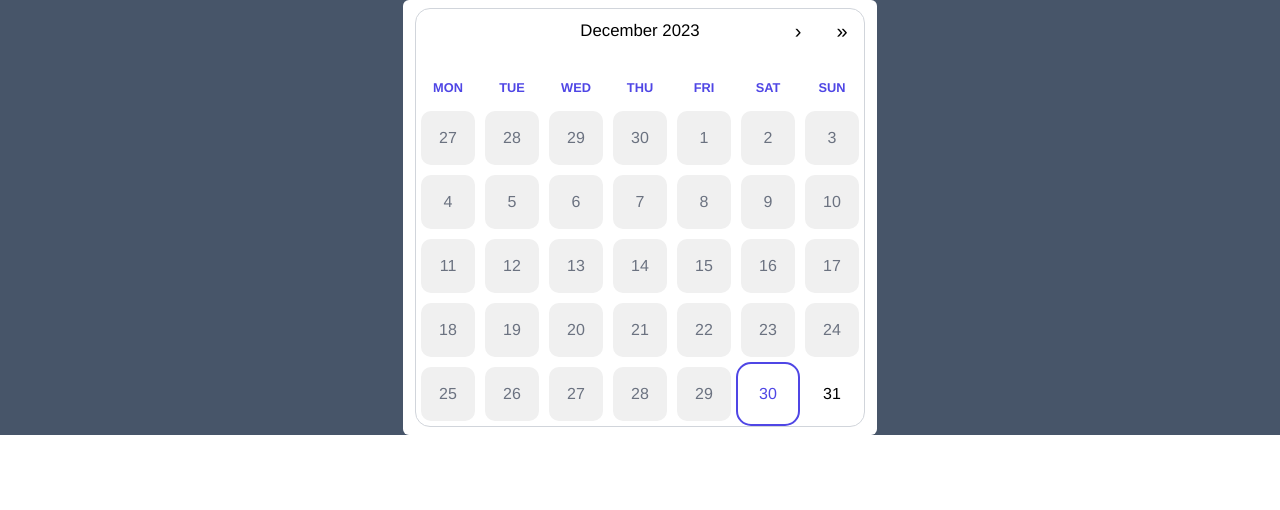
Repository: ImedBousakhria/appointment_system_prototype
Page: /, after clicking the first element matching `h2`
These files come from the project's save history. The page is drawn as it stood at one moment and after the next save; the edit follows.
The browser window is 1280 px wide. The pictures show the whole page.
The project was rebuilt for these pictures with package versions that can differ from the ones it lists, and the page was loaded fresh each time. Also part of the build but not shown: vite.config.js.

Above is the page before, as saved 2024-01-03 23:44:45.

### src/main.jsx
import React from 'react'
import ReactDOM from 'react-dom/client'
import './index.css'
import Calendar from './Calendar'
import "./Calendar.css"

ReactDOM.createRoot(document.getElementById('root')).render(
  <React.StrictMode>
    <Calendar />
  </React.StrictMode>,
)

### src/index.css
/* styles.css */

@import 'tailwindcss/base';
@import 'tailwindcss/components';
@import 'tailwindcss/utilities';

/* Your custom styles go here */

### src/Calendar.jsx
import React, { useState, useEffect } from "react";
import { motion } from "framer-motion";
import ReactCalendar from "react-calendar";
import { FixedSizeList } from "react-window";
import { add, format } from "date-fns";
import {
  OPENING_TIME_MORNING,
  CLOSING_TIME_MORNING,
  OPENING_TIME_AFTERNOON,
  CLOSING_TIME_AFTERNOON,
  INTERVAL,
} from "./consts/config";

const TimeRow = ({ index, style, data, activeTime, onClick }) => {
  const isActive = activeTime
    ? activeTime.getTime() === data[index].getTime()
    : false;

  return (
    <div
      style={{ ...style }}
      className={`py-2 px-3 cursor-pointer font-semibold hover:bg-gray-200 rounded-md my-3 ${
        isActive ? " bg-blue-200 hover:bg-blue-200" : ""
      }`}
      onClick={() => onClick(data[index])}
    >
      {format(data[index], "kk:mm")}
    </div>
  );
};

const TimeSelection = ({ allTimes, activeTime, onClick, onBack }) => (
  <motion.div
    initial={{ opacity: 0, x: -20 }}
    animate={{
      opacity: 1,
      x: 0,
      transition: { type: "spring", stiffness: 300 },
    }}
    className="bg-white flex flex-col justify-around px-3 py-2 rounded-md"
  >
    <div className="mb-3 border-b pb-2 flex justify-between items-center px-1">
      <h4 className="">Selected time slot:</h4>
      <span
        onClick={onBack}
        className="border p-1.5 cursor-pointer hover:bg-gray-300"
      >
        Back
      </span>
    </div>
    <FixedSizeList
      height={360}
      width={200}
      itemSize={50}
      itemCount={allTimes.length}
      itemData={{
        times: allTimes,
        activeTime,
        onClick,
      }}
    >
      {({ index, style }) => (
        <TimeRow
          index={index}
          style={style}
          data={allTimes}
          activeTime={activeTime}
          onClick={onClick}
        />
      )}
    </FixedSizeList>
  </motion.div>
);

const DateSelection = ({ onSelectDate, onSelectTime }) => (
  <motion.div
    initial={{ opacity: 0, x: -20 }}
    animate={{
      opacity: 1,
      x: 0,
      transition: { type: "spring", stiffness: 300 },
    }}
    className="bg-white flex flex-col justify-around pl-3 py-2 pr-3 rounded-md"
  >
    <ReactCalendar
      minDate={new Date()}
      className="REACT-CALENDAR"
      view="month"
      onClickDay={onSelectDate}
    />
  </motion.div>
);

export const Calendar = () => {
  const [date, setDate] = useState({
    justDate: undefined,
    dateTime: undefined,
  });

  const [activeTime, setActiveTime] = useState(null);
  const [showCalendar, setShowCalendar] = useState(false);

  const getTimes = (openingTime, closingTime) => {
    if (!date.justDate) return [];
    const { justDate } = date;
    const beginning = add(justDate, { hours: openingTime });
    const end = add(justDate, { hours: closingTime });
    const interval = INTERVAL;

    const times = [];
    for (let i = beginning; i <= end; i = add(i, { minutes: interval })) {
      times.push(new Date(i));
    }
    return times;
  };

  const handleDateClick = (selectedDate) => {
    setDate((prev) => ({ ...prev, justDate: selectedDate }));
    setActiveTime(null); // Reset active time when a new date is selected
  };

  const handleTimeRowClick = (selectedTime) => {
    setActiveTime(selectedTime);
    // Do something with the selected time, e.g., update state
    console.log(activeTime);
  };

  const handleTimeSelectionBackClick = () => {
    // Reset date, active time, and hide the calendar when going back from time selection
    setDate((prevDate) => ({ ...prevDate, justDate: undefined }));
    setActiveTime(null);
    /* setShowCalendar(false); */
  };

  const [allTimes, setAllTimes] = useState([]);

  useEffect(() => {
    /* getTimes(OPENING_TIME_MORNING, CLOSING_TIME_MORNING).concat(
      getTimes(OPENING_TIME_AFTERNOON, CLOSING_TIME_AFTERNOON)
    ); */
    // Update allTimes when date.justDate changes
    const morningTimes = getTimes(OPENING_TIME_MORNING, CLOSING_TIME_MORNING);
    const afternoonTimes = getTimes(
      OPENING_TIME_AFTERNOON,
      CLOSING_TIME_AFTERNOON
    );
    setAllTimes([...morningTimes, ...afternoonTimes]);
  }, [date.justDate]);

  return (
    <div className=" bg-slate-600 flex w-screen gap-6 justify-center">
      <div className="">
        {!showCalendar && (
          <h2 onClick={() => setShowCalendar(true)}>Select a Date</h2>
        )}

        {showCalendar && <DateSelection onSelectDate={handleDateClick} />}
      </div>
      {date.justDate && (
        <div className="">
          <TimeSelection
            allTimes={allTimes}
            activeTime={activeTime}
            onClick={handleTimeRowClick}
            onBack={handleTimeSelectionBackClick}
          />
        </div>
      )}
    </div>
  );
};

export default Calendar;

/* import React, { useState } from "react";
import { motion, useAnimation } from "framer-motion";
import { InlineWidget } from "react-calendly";
import ReactCalendar from "react-calendar";
import { FixedSizeList } from "react-window";
import { add, format } from "date-fns";
import {
  OPENING_TIME_MORNING,
  CLOSING_TIME_MORNING,
  OPENING_TIME_AFTERNOON,
  CLOSING_TIME_AFTERNOON,
  INTERVAL,
} from "./consts/config";

export const Calendar = () => {
  const [date, setDate] = useState({
    justDate: undefined,
    dateTime: undefined,
  });

  const [activeTime, setActiveTime] = useState(null);

  const getTimes = (openingTime, closingTime) => {
    if (!date.justDate) return [];
    const { justDate } = date;
    const beginning = add(justDate, { hours: openingTime });
    const end = add(justDate, { hours: closingTime });
    const interval = INTERVAL;

    const times = [];
    for (let i = beginning; i <= end; i = add(i, { minutes: interval })) {
      times.push(new Date(i));
    }
    return times;
  };

  const morningTimes = getTimes(OPENING_TIME_MORNING, CLOSING_TIME_MORNING);
  const afternoonTimes = getTimes(
    OPENING_TIME_AFTERNOON,
    CLOSING_TIME_AFTERNOON
  );
  const handleDateClick = (selectedDate) => {
    setDate((prev) => ({ ...prev, justDate: selectedDate }));
    setActiveTime(null); // Reset active time when a new date is selected
  };

  const handleTimeRowClick = (selectedTime) => {
    setActiveTime(selectedTime);
    // Do something with the selected time, e.g., update state
    console.log(activeTime);
  };

  // Concatenate morningTimes and afternoonTimes into a single array
  const allTimes = [...morningTimes, ...afternoonTimes];
  return (
    <div className=" bg-slate-600 flex w-screen gap-6 justify-center">
      <ReactCalendar
        minDate={new Date()}
        className="REACT-CALENDAR"
        view="month"
        onClickDay={handleDateClick}
      />
      {date.justDate ? (
        <motion.div
          initial={{ opacity: 0, x: -20 }}
          animate={{
            opacity: 1,
            x: 0,
            transition: { type: "spring", stiffness: 300 },
          }}
          className=" bg-white flex flex-col justify-around pl-3 py-2 pr-3 rounded-md"
        >
          <div className="mb-3 border-b pb-2 flex justify-between items-center px-1">
            <h4 className="">Selected time slot:</h4>
            <span
              onClick={() => {
                setActiveTime(null);
                setDate((prevDate) => ({ dateTime: null, justDate: undefined }));
              }} // Clear selected time
              className="border p-1.5 cursor-pointer hover:bg-gray-300"
            >
              X
            </span>
          </div>
          <FixedSizeList
            height={350} // Adjust the height as needed
            width={200} // Adjust the width as needed
            itemSize={50} // Adjust the item size as needed
            itemCount={allTimes.length}
            itemData={{
              times: allTimes,
              activeTime,
              onClick: handleTimeRowClick,
            }}
          >
            {({ index, style }) => (
              <TimeRow
                index={index}
                style={style}
                data={allTimes}
                activeTime={activeTime}
                onClick={handleTimeRowClick}
              />
            )}
          </FixedSizeList>
        </motion.div>
      ) : null}
    </div>
  );
};

export default Calendar;

const TimeRow = ({ index, style, data, activeTime, onClick }) => {
  const isActive = activeTime
    ? activeTime.getTime() === data[index].getTime()
    : false;

  return (
    <div
      style={{ ...style }}
      className={`py-2 px-3 cursor-pointer font-semibold hover:bg-gray-200 rounded-md my-3 ${
        isActive ? " bg-blue-200 hover:bg-blue-200" : ""
      }`}
      onClick={() => onClick(data[index])}
    >
      {format(data[index], "kk:mm")}
    </div>
  );
};
 */

### src/Calendar.css
.react-calendar {
  width: 450px;
  max-width: 100%;
  background: white;
  border-radius: 15px;
  border: 1px solid rgb(209 213 219);
  font-family: Manrope, Helvetica, sans-serif;
  line-height: 1.125em;
}
.react-calendar--doubleView {
  width: 700px;
}
.react-calendar--doubleView .react-calendar__viewContainer {
  display: flex;
  margin: -0.5em;
}
.react-calendar--doubleView .react-calendar__viewContainer > * {
  width: 50%;
  margin: 0.5em;
}
.react-calendar,
.react-calendar *,
.react-calendar *:before,
.react-calendar *:after {
  -moz-box-sizing: border-box;
  -webkit-box-sizing: border-box;
  box-sizing: border-box;
}

/* Custom Navigation Styles */
@media screen and (max-width: 500px) {
  .react-calendar__navigation__prev2-button,
  .react-calendar__navigation__prev-button {
    display: none;
  }
  .react-calendar__navigation__label {
    padding-left: 1rem;
    text-align: left;
  }
}

.react-calendar button {
  margin: 0;
  border: 0;
  outline: none;
}
.react-calendar button:enabled:hover {
  cursor: pointer;
}
.react-calendar__navigation {
  display: flex;
  height: 44px;
  margin-bottom: 1em;
}
.react-calendar__navigation button {
  min-width: 44px;
  background: none;
}
.react-calendar__navigation button:disabled {
  visibility: hidden;
  background-color: #f0f0f0;
}
.react-calendar__navigation button:enabled:hover,
.react-calendar__navigation button:enabled:focus {
  background-color: #e6e6e6;
}
.react-calendar__month-view__weekdays {
  color: #4f46e5;
  text-align: center;
  text-transform: uppercase;
  font-weight: 700;
  font-size: 0.8em;
}
/* Each day should be round when hovered */
.react-calendar__month-view__days__day {
  padding: 5px;
  background-clip: content-box !important;
  border-radius: 15px !important;
}

.react-calendar__navigation__label__labelText {
  font-weight: 500;
  font-size: 1.05em;
}
.react-calendar__navigation__label {
  pointer-events: none;
}

.react-calendar__navigation__arrow {
  background-color: #fff;
  padding: 7px;
  background-clip: content-box !important;
  border-radius: 50px;
  font-size: 1.25em;
}
.react-calendar__navigation__arrow:hover {
  background-color: rgb(107 114 128);
}

/* If you do not wish to show weekends */

/*
  .react-calendar__month-view__days > .react-calendar__tile,
  .react-calendar__month-view__weekdays__weekday {
    flex-basis: 20% !important;
    max-width: 20% !important;
  }

  .react-calendar__month-view__weekdays__weekday:nth-child(6),
  .react-calendar__month-view__weekdays__weekday:nth-child(7) {
    display: none !important;
  }

  .react-calendar__month-view__days__day--weekend {
    display: none !important;
  }
  */

.react-calendar__month-view__weekdays__weekday {
  padding: 0.75em;
}
.react-calendar__month-view__weekdays__weekday abbr {
  text-decoration: none;
}
.react-calendar__month-view__weekNumbers .react-calendar__tile {
  display: flex;
  align-items: center;
  justify-content: center;
  font-size: 0.75em;
  font-weight: bold;
}
.react-calendar__month-view__days__day--neighboringMonth {
  color: #b3b3b3;
}
.react-calendar__year-view .react-calendar__tile,
.react-calendar__decade-view .react-calendar__tile,
.react-calendar__century-view .react-calendar__tile {
  padding: 2em 0.5em;
}
.react-calendar__tile {
  aspect-ratio: 1/1;
  max-width: 100%;
  background: none;
  text-align: center;
}
.react-calendar__tile:disabled {
  background-color: #f0f0f0;
  color: rgb(107 114 128);
}
.react-calendar__tile:enabled:hover,
.react-calendar__tile:enabled:focus {
  background-color: rgb(238 242 255);
}
.react-calendar__tile--now {
  border-radius: 15px;
  border: 2px solid #4f46e5 !important;
  color: #4f46e5;
}
.react-calendar__tile--now:enabled:hover,
.react-calendar__tile--now:enabled:focus {
  background-color: rgb(238 242 255);
}
.react-calendar__tile--hasActive {
  background: #76baff;
}
.react-calendar__tile--hasActive:enabled:hover,
.react-calendar__tile--hasActive:enabled:focus {
  background: #a9d4ff;
}
.react-calendar__tile--active:enabled:hover,
.react-calendar__tile--active:enabled:focus {
  background: #4f46e5;
  color: white;
}
.react-calendar--selectRange .react-calendar__tile--hover {
  background-color: rgb(238 242 255);
}
.react-calendar__tile--active {
  background: #4f46e5;
  color: white;
}

.react-calendar__tile--active:hover,
.react-calendar__tile--active:focus,
.react-calendar__tile--now:hover,
.react-calendar__tile--now:focus {
  background: #1087ff;
}

### src/consts/config.js
export const OPENING_TIME_MORNING = 9 // in hours
export const CLOSING_TIME_MORNING = 12 // in hours
export const OPENING_TIME_AFTERNOON = 13 // in hours
export const CLOSING_TIME_AFTERNOON = 16 // in hours
export const INTERVAL = 30 // every 30 minutes

### tailwind.config.js
/** @type {import('tailwindcss').Config} */
module.exports = {
  content: ["./src/**/*.{js,jsx,ts,tsx}"],
  theme: {
    extend: {
      colors: {

      },
    },
  },
  plugins: [],
};

Loaded but not shown: index.html (common file)

After the next save:
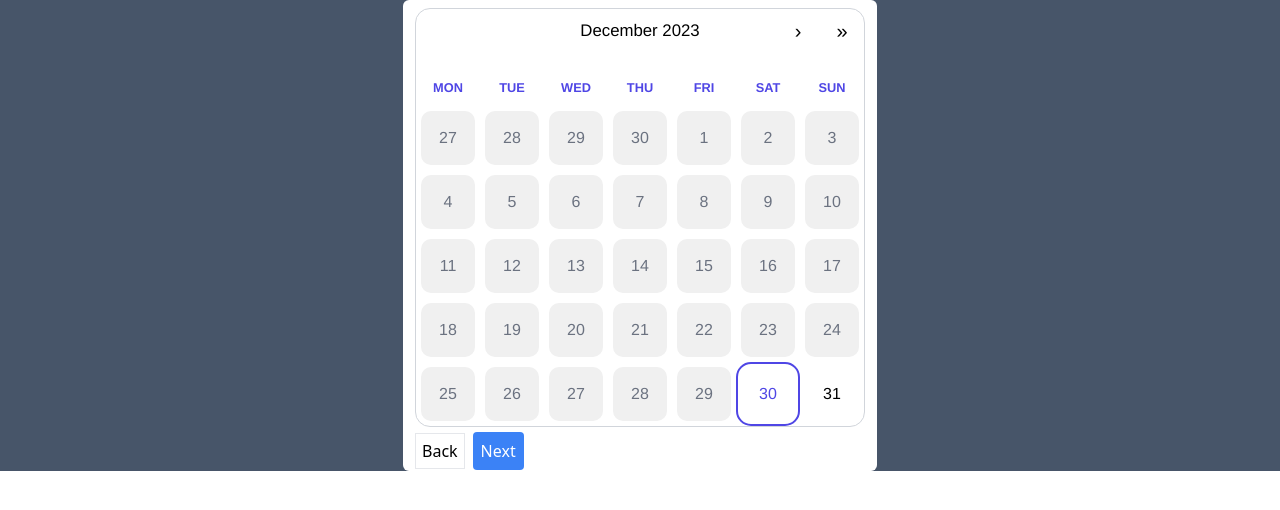
Saved 2 min 18 s later.
--- a/src/Calendar.jsx
+++ b/src/Calendar.jsx
@@ -41,12 +41,20 @@
   >
     <div className="mb-3 border-b pb-2 flex justify-between items-center px-1">
       <h4 className="">Selected time slot:</h4>
-      <span
-        onClick={onBack}
-        className="border p-1.5 cursor-pointer hover:bg-gray-300"
-      >
-        Back
-      </span>
+      <div>
+        <span
+          onClick={onBack}
+          className="border p-1.5 cursor-pointer hover:bg-gray-300 mr-2"
+        >
+          Back
+        </span>
+        <span
+          onClick={() => console.log("Next button clicked")} // Add functionality for Next button
+          className="border p-1.5 cursor-pointer hover:bg-gray-300"
+        >
+          Next
+        </span>
+      </div>
     </div>
     <FixedSizeList
       height={360}
@@ -72,7 +80,7 @@
   </motion.div>
 );
 
-const DateSelection = ({ onSelectDate, onSelectTime }) => (
+const DateSelection = ({ onSelectDate, onNext }) => (
   <motion.div
     initial={{ opacity: 0, x: -20 }}
     animate={{
@@ -88,6 +96,20 @@
       view="month"
       onClickDay={onSelectDate}
     />
+    <div className="mt-3">
+      <span
+        onClick={() => console.log("Back button clicked")} // Add functionality for Back button
+        className="border p-1.5 cursor-pointer hover:bg-gray-300 mr-2"
+      >
+        Back
+      </span>
+      <span
+        onClick={onNext}
+        className="bg-blue-500 text-white p-2 rounded cursor-pointer hover:bg-blue-600"
+      >
+        Next
+      </span>
+    </div>
   </motion.div>
 );
 
@@ -99,6 +121,7 @@
 
   const [activeTime, setActiveTime] = useState(null);
   const [showCalendar, setShowCalendar] = useState(false);
+  const [showTimeSelection, setShowTimeSelection] = useState(false);
 
   const getTimes = (openingTime, closingTime) => {
     if (!date.justDate) return [];
@@ -126,18 +149,19 @@
   };
 
   const handleTimeSelectionBackClick = () => {
-    // Reset date, active time, and hide the calendar when going back from time selection
+    // Reset date and active time when going back from time selection
     setDate((prevDate) => ({ ...prevDate, justDate: undefined }));
     setActiveTime(null);
-    /* setShowCalendar(false); */
+    setShowTimeSelection(false);
+  };
+
+  const handleNextButtonClick = () => {
+    setShowTimeSelection(true);
   };
 
   const [allTimes, setAllTimes] = useState([]);
 
   useEffect(() => {
-    /* getTimes(OPENING_TIME_MORNING, CLOSING_TIME_MORNING).concat(
-      getTimes(OPENING_TIME_AFTERNOON, CLOSING_TIME_AFTERNOON)
-    ); */
     // Update allTimes when date.justDate changes
     const morningTimes = getTimes(OPENING_TIME_MORNING, CLOSING_TIME_MORNING);
     const afternoonTimes = getTimes(
@@ -148,15 +172,20 @@
   }, [date.justDate]);
 
   return (
-    <div className=" bg-slate-600 flex w-screen gap-6 justify-center">
+    <div className="bg-slate-600 flex w-screen gap-6 justify-center">
       <div className="">
-        {!showCalendar && (
+        {!showCalendar && !showTimeSelection && (
           <h2 onClick={() => setShowCalendar(true)}>Select a Date</h2>
         )}
 
-        {showCalendar && <DateSelection onSelectDate={handleDateClick} />}
+        {showCalendar && !showTimeSelection && (
+          <DateSelection
+            onSelectDate={handleDateClick}
+            onNext={handleNextButtonClick}
+          />
+        )}
       </div>
-      {date.justDate && (
+      {date.justDate && showTimeSelection && (
         <div className="">
           <TimeSelection
             allTimes={allTimes}
@@ -171,6 +200,7 @@
 };
 
 export default Calendar;
+
 
 /* import React, { useState } from "react";
 import { motion, useAnimation } from "framer-motion";

After the save that followed:
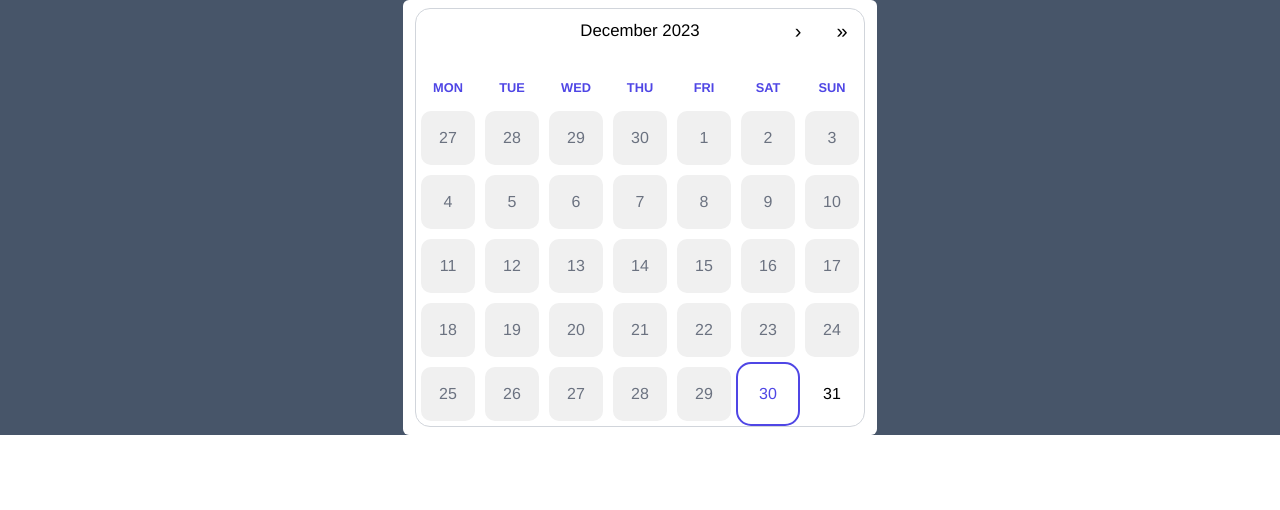
Saved 11 s later.
--- a/src/Calendar.jsx
+++ b/src/Calendar.jsx
@@ -41,20 +41,12 @@
   >
     <div className="mb-3 border-b pb-2 flex justify-between items-center px-1">
       <h4 className="">Selected time slot:</h4>
-      <div>
-        <span
-          onClick={onBack}
-          className="border p-1.5 cursor-pointer hover:bg-gray-300 mr-2"
-        >
-          Back
-        </span>
-        <span
-          onClick={() => console.log("Next button clicked")} // Add functionality for Next button
-          className="border p-1.5 cursor-pointer hover:bg-gray-300"
-        >
-          Next
-        </span>
-      </div>
+      <span
+        onClick={onBack}
+        className="border p-1.5 cursor-pointer hover:bg-gray-300"
+      >
+        Back
+      </span>
     </div>
     <FixedSizeList
       height={360}
@@ -80,7 +72,7 @@
   </motion.div>
 );
 
-const DateSelection = ({ onSelectDate, onNext }) => (
+const DateSelection = ({ onSelectDate, onSelectTime }) => (
   <motion.div
     initial={{ opacity: 0, x: -20 }}
     animate={{
@@ -96,20 +88,6 @@
       view="month"
       onClickDay={onSelectDate}
     />
-    <div className="mt-3">
-      <span
-        onClick={() => console.log("Back button clicked")} // Add functionality for Back button
-        className="border p-1.5 cursor-pointer hover:bg-gray-300 mr-2"
-      >
-        Back
-      </span>
-      <span
-        onClick={onNext}
-        className="bg-blue-500 text-white p-2 rounded cursor-pointer hover:bg-blue-600"
-      >
-        Next
-      </span>
-    </div>
   </motion.div>
 );
 
@@ -121,7 +99,6 @@
 
   const [activeTime, setActiveTime] = useState(null);
   const [showCalendar, setShowCalendar] = useState(false);
-  const [showTimeSelection, setShowTimeSelection] = useState(false);
 
   const getTimes = (openingTime, closingTime) => {
     if (!date.justDate) return [];
@@ -149,19 +126,18 @@
   };
 
   const handleTimeSelectionBackClick = () => {
-    // Reset date and active time when going back from time selection
+    // Reset date, active time, and hide the calendar when going back from time selection
     setDate((prevDate) => ({ ...prevDate, justDate: undefined }));
     setActiveTime(null);
-    setShowTimeSelection(false);
-  };
-
-  const handleNextButtonClick = () => {
-    setShowTimeSelection(true);
+    /* setShowCalendar(false); */
   };
 
   const [allTimes, setAllTimes] = useState([]);
 
   useEffect(() => {
+    /* getTimes(OPENING_TIME_MORNING, CLOSING_TIME_MORNING).concat(
+      getTimes(OPENING_TIME_AFTERNOON, CLOSING_TIME_AFTERNOON)
+    ); */
     // Update allTimes when date.justDate changes
     const morningTimes = getTimes(OPENING_TIME_MORNING, CLOSING_TIME_MORNING);
     const afternoonTimes = getTimes(
@@ -172,20 +148,15 @@
   }, [date.justDate]);
 
   return (
-    <div className="bg-slate-600 flex w-screen gap-6 justify-center">
+    <div className=" bg-slate-600 flex w-screen gap-6 justify-center">
       <div className="">
-        {!showCalendar && !showTimeSelection && (
+        {!showCalendar && (
           <h2 onClick={() => setShowCalendar(true)}>Select a Date</h2>
         )}
 
-        {showCalendar && !showTimeSelection && (
-          <DateSelection
-            onSelectDate={handleDateClick}
-            onNext={handleNextButtonClick}
-          />
-        )}
+        {showCalendar && <DateSelection onSelectDate={handleDateClick} />}
       </div>
-      {date.justDate && showTimeSelection && (
+      {date.justDate && (
         <div className="">
           <TimeSelection
             allTimes={allTimes}
@@ -200,7 +171,6 @@
 };
 
 export default Calendar;
-
 
 /* import React, { useState } from "react";
 import { motion, useAnimation } from "framer-motion";
